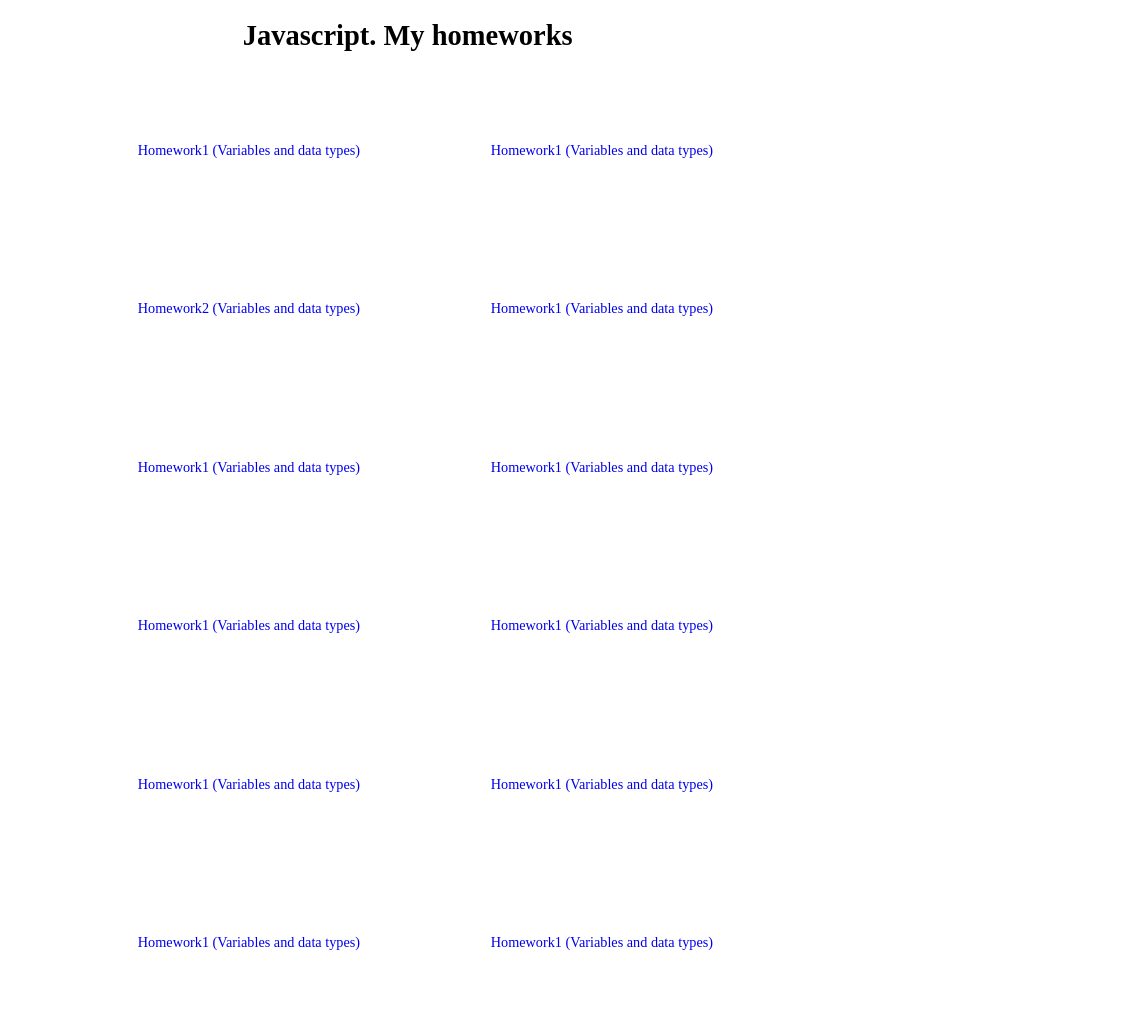
Repository: mariiastetsko/cursor-js-hw
Page: index.html
These files come from the project's save history. The page is drawn as it stood at one moment and after a run of saves; the edit follows.
The browser window is 1280 px wide. The pictures show the whole page, at 89% of full size.

Above is the page before, as saved 2020-07-22 19:35:14.

After the next 2 saves:
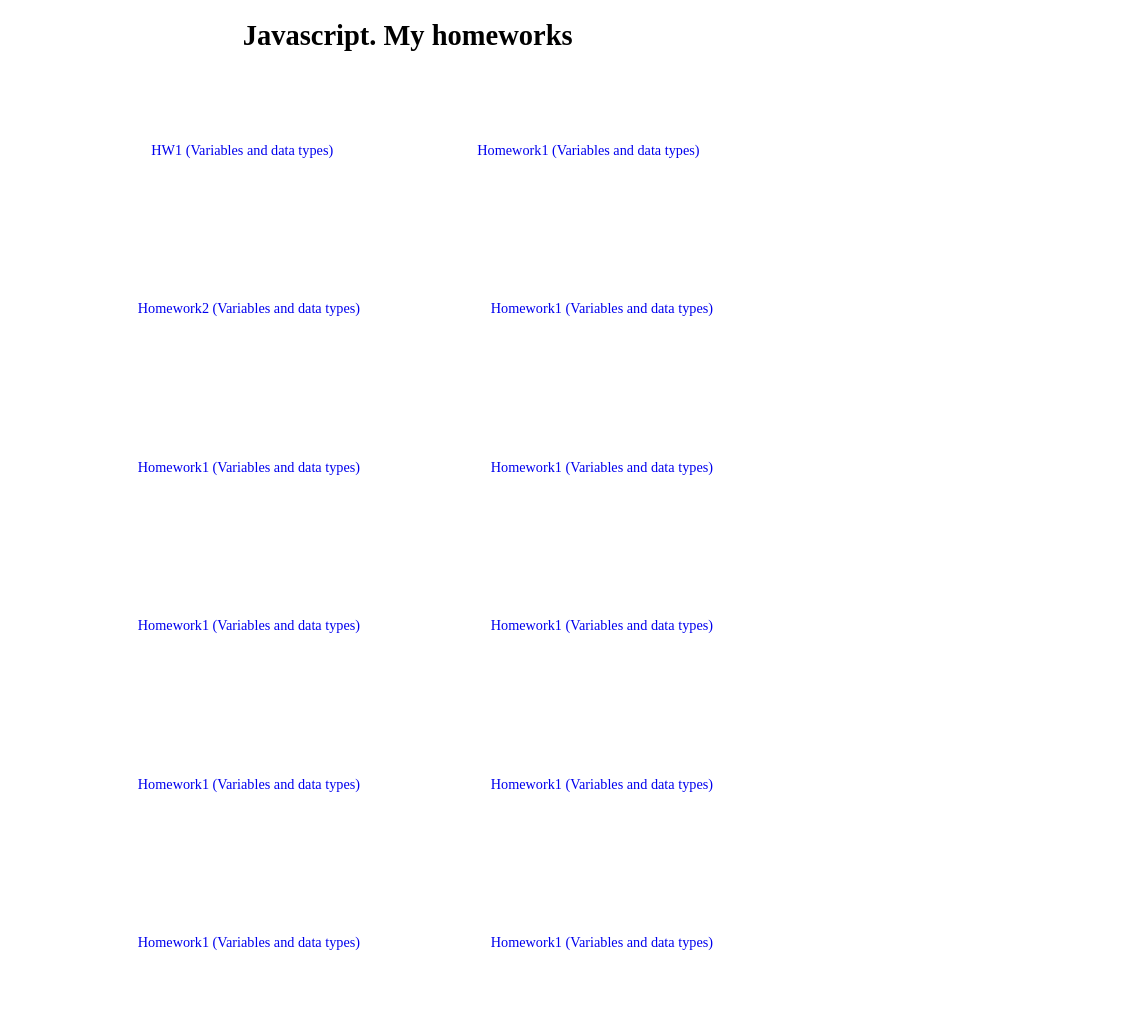
The 2 saves are shown as one change because they came seconds apart.
The last was saved 24 s later.
--- a/index.html
+++ b/index.html
@@ -10,7 +10,7 @@
     <h1>Javascript. My homeworks</h1>
     <ul class="list">
       <li>
-        <a href="./HW1/index.html">Homework1 (Variables and data types)</a>
+        <a href="./HW1/index.html">HW1 (Variables and data types)</a>
       </li>
       <li><a href="./HW2/index.html">Homework1 (Variables and data types)</a></li>
       <li><a href="./HW3/index.html">Homework2 (Variables and data types)</a></li>
